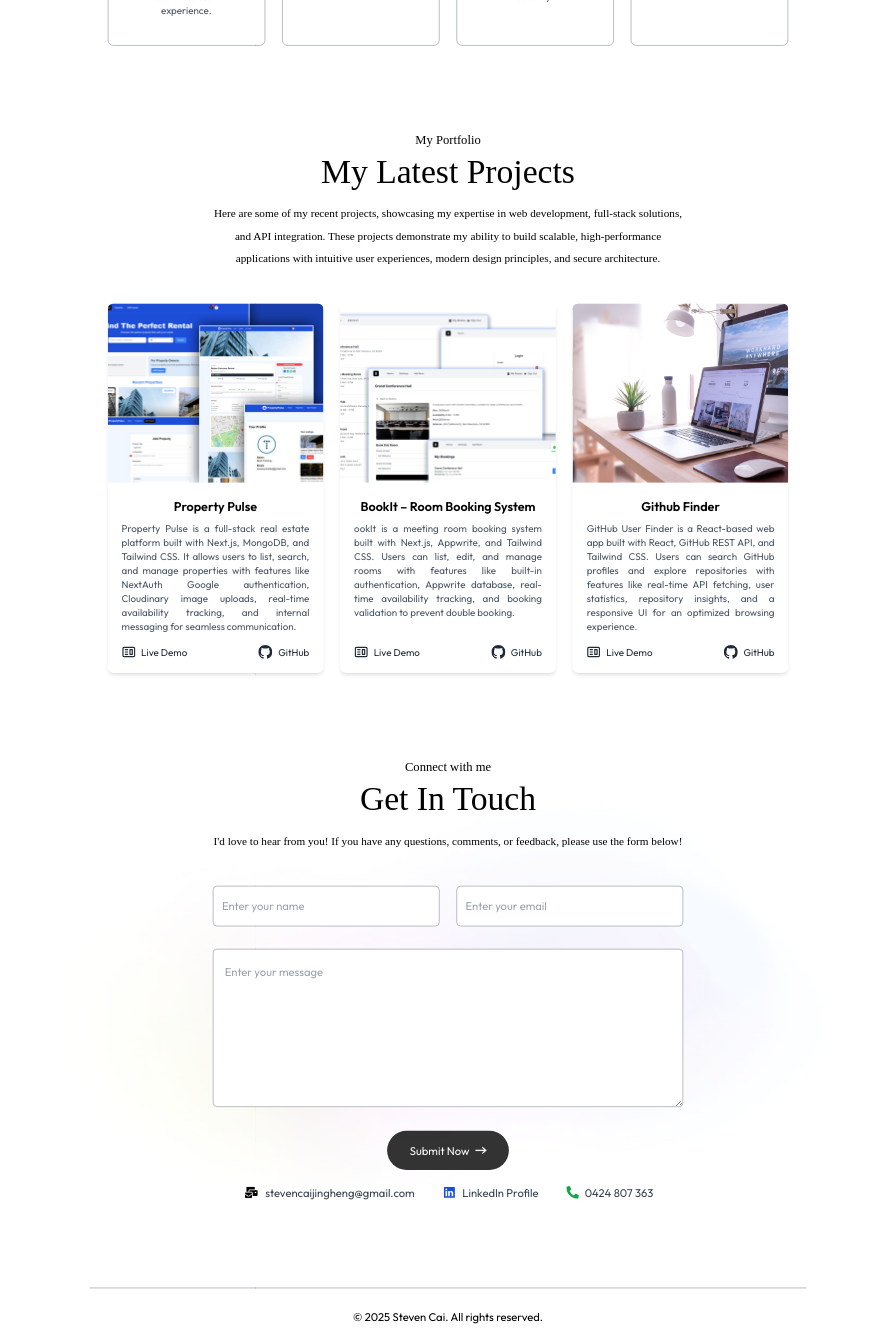
Repository: Steven4cai/profolio
Page: /
An editor plug-in stored every save of this project. The page is shown before and after the next save, followed by the edit.
The browser window is 1280 px wide. The pictures show the part of the page from y = 2209 to 4129 px (the page is 4129 px tall before and 4097 px after), at 70% of full size.
Some web fonts or font styles are not loaded; a fallback is used. The project was rebuilt for these pictures with package versions that can differ from the ones it lists, and the page was loaded fresh each time. The framework's server and built-in components were replaced by stand-ins that run in the browser. Also part of the build but not shown: next.config.mjs.

Above is the page before, as saved 2025-02-09 14:33:46.

After the next save:
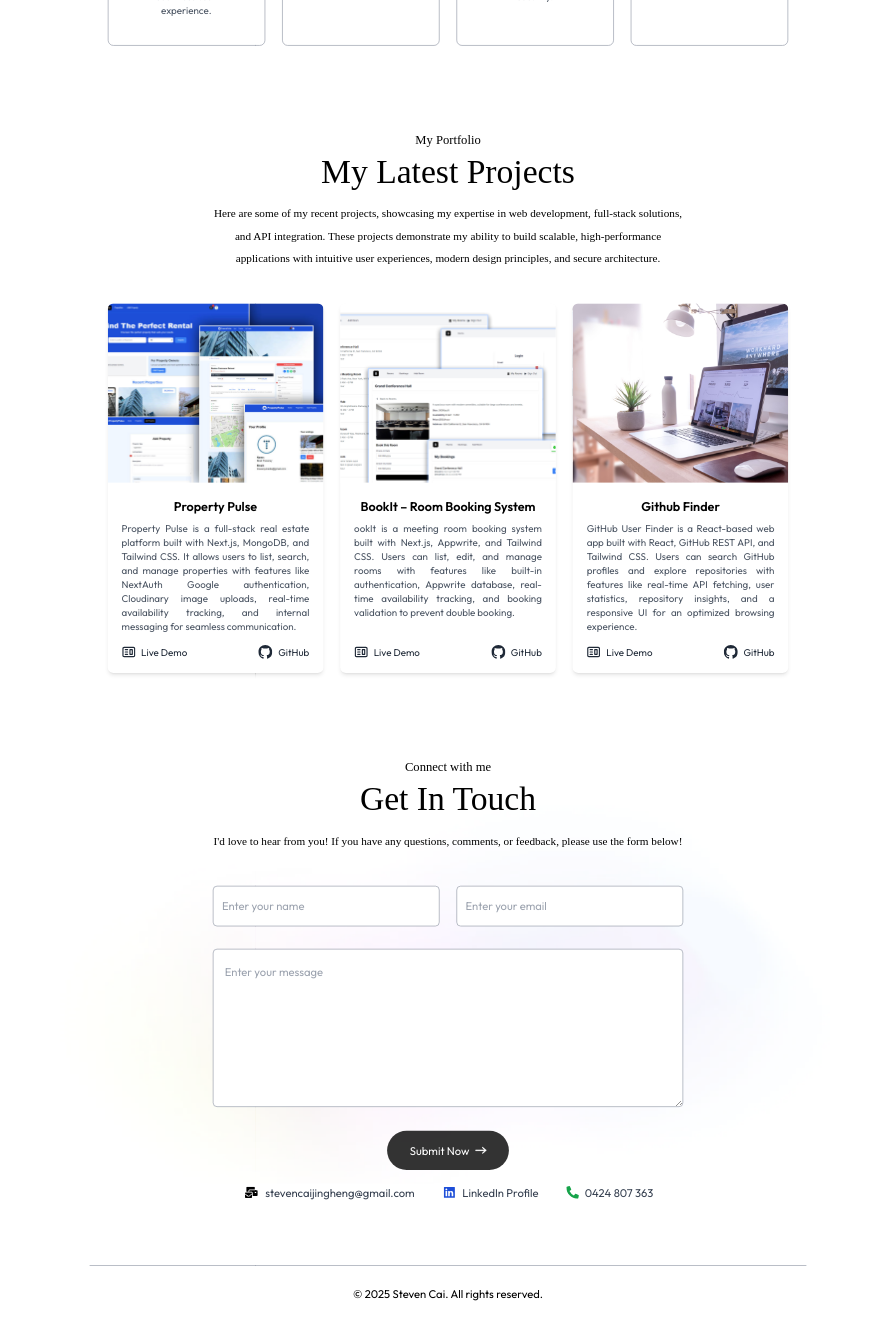
Saved 21 s later.
--- a/components/Footer.jsx
+++ b/components/Footer.jsx
@@ -7,14 +7,14 @@ const Footer = ({ isDark }) => {
   const currentYear = new Date().getFullYear();
 
   return (
-    <div className='mt-20'>
+
 
 
 
       <div className='text-center border-t border-gray-400 mx-[10%] mt-12 py-6'>
         <p>&copy; {currentYear} Steven Cai. All rights reserved.</p>
       </div>
-    </div>
+
   )
 }
 
